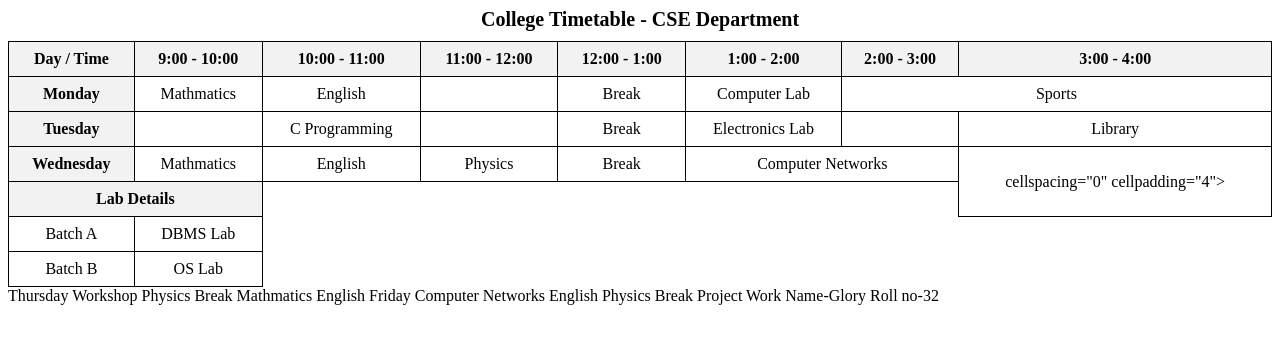
Repository: Glory998/ELCE1-32
Page: experiment3.html
The author's editor kept a copy of each file at every save. The page is drawn from the files as they stood at one save, then again after the next save.
The browser window is 1280 px wide. The pictures show the whole page.

Above is the page before, as saved 2025-10-23 12:12:29.

After the next save:
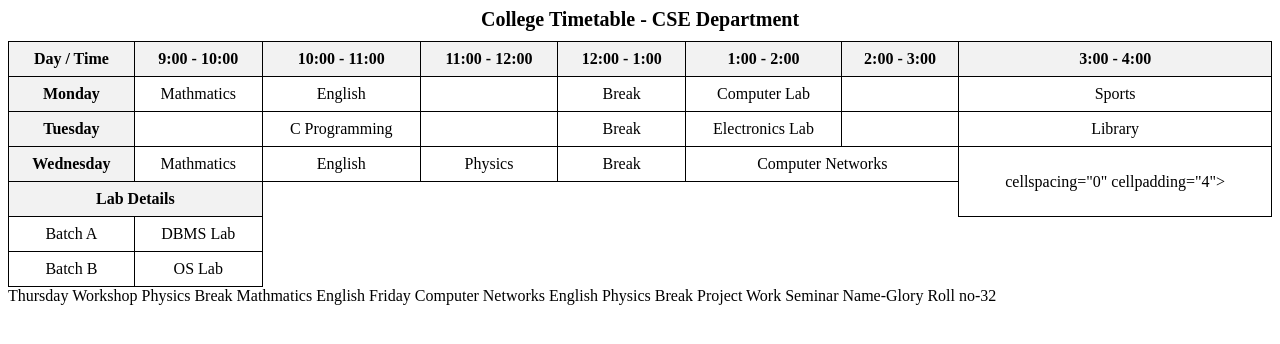
Saved 5 min 31 s later.
--- a/experiment3.html
+++ b/experiment3.html
@@ -43,12 +43,13 @@
                     <td></td>
                 <td>Break</td>
             <td>Computer Lab</td>
-        <td colspan="2">Sports</td>
+            <td></td>
+            <td>Sports</td>
         </tr>
 
         <tr>
     <th>Tuesday</th>
-</td><td>
+<td></td>
 <td>C Programming</td>
 <td></td>
 <td>Break</td>
@@ -90,6 +91,7 @@
 <td>Physics</td>
 <td>Break</td>
 <td colspan="2">Project Work</td>
+<td>Seminar</td>
 </tr>
 </table>
 
